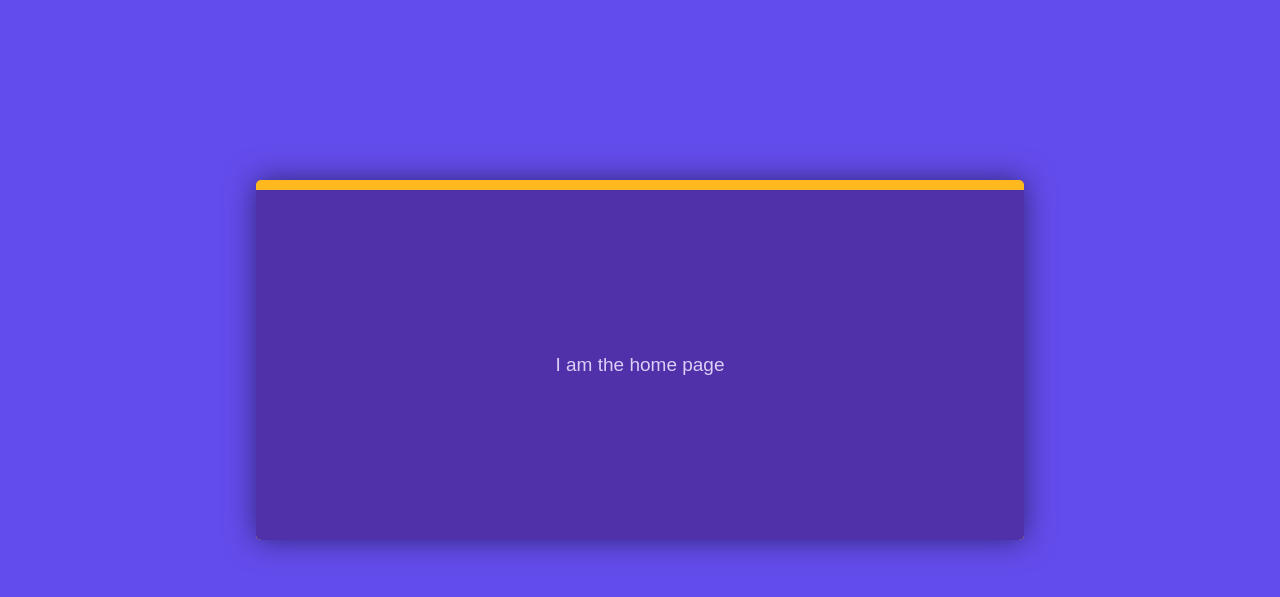
Repository: realistmccoy/browsertab
Page: /
These files come from the project's save history. The page is drawn as it stood at one moment and after a run of saves; the edit follows.
The browser window is 1280 px wide. The pictures show the whole page.
The project was rebuilt for these pictures with package versions that can differ from the ones it lists, and the page was loaded fresh each time. Also part of the build but not shown: src/components/Tab.js, src/pages/About.js, src/pages/Contact.js.

Above is the page before, as saved 2020-12-21 21:04:06.

### src/App.js
import React from 'react';
import { BrowserRouter as Router, Switch, Route, NavLink } from 'react-router-dom';
import Tab from './components/Tab';
import Home from './pages/Home'
import About from './pages/About'
import Contact from './pages/Contact'
import './App.css';

function App() {
	return (
		<Router>
			<div className='app'>
				<div className='browser'>
					<div className='tabs'>


					</div>
					<div className='viewport'>
            <Switch>

          <Route path='/about'>
          <About />
          </Route>
          <Route path='/contact'>
          <Contact />
          </Route>
          <Route path='/' exact={true}>
          <Home />
          </Route>
          </Switch>
          </div>
				</div>
			</div>


		</Router>
	);
}

export default App;

### src/pages/Home.js
import React from 'react';

function Home() {
	return <div>I am the home page</div>;
}

export default Home;

### src/App.css
* {
	box-sizing: border-box;
}

body {
	font-family: Arial, Helvetica, sans-serif;
	font-size: 19px;
	margin: 0;
	padding: 0;
}

.app {
	display: flex;
	align-items: center;
	justify-content: center;
	background: #634cec;
	min-height: 100vh;
}

.browser {
	display: flex;
	flex-direction: column;
	background: #ffb91f;
	border-radius: 5px;
	box-shadow: 0 0 30px rgba(0, 0, 0, 0.5);
	min-width: 60%;
	min-height: 50vh;
}

.tabs {
	flex-shrink: 1;
	padding-left: 10px;
	padding-right: 10px;
	display: flex;
	padding-top: 10px;

}

.tab {
	position: relative;
	background: #6e45df;
	min-width: 120px;
	font-size: 14px;
	border-top-left-radius: 8px;
	border-top-right-radius: 8px;
	transition: 0.3s ease all;
	overflow: hidden;
	cursor: pointer;
}

.tab a {
	display: block;
	padding: 12px 25px;
	color: #e1daf5;
	text-decoration: none;
}

.tab a.is-active {
	background: #5131a9;
	color: #eee;
}

.address-bar {
	background: #5533b3;
	padding: 8px;
}

.address-bar input {
	background: #3a2081;
	color: #eee;
	border-radius: 20px;
	border: none;
	outline: none;
	width: 100%;
	padding: 8px 20px;
	font-size: 18px;
}

.viewport {
	display: flex;
	align-items: center;
	justify-content: center;
	background: #5131a9;
	color: #dacff7;
	flex: 1;
	flex-grow: 1;
	border-bottom-left-radius: 5px;
	border-bottom-right-radius: 5px;
}

/**
 * Add your highlight code here
 */

.highlight {
	display: block;
	position: absolute;
	height: 80px;
	width: 50px;
	top: -10px;
	left: -330px;
	border-radius: 50%;
	transition: 0.3s, ease-in-out;
	opacity: 0.3;
	pointer-events: none;
	background: radial-gradient(rgb(134, 101, 225), rgba(194, 180, 233, 0));
}

Loaded but not shown: public/index.html (common file); src/index.js (common file)

After the next 2 saves:
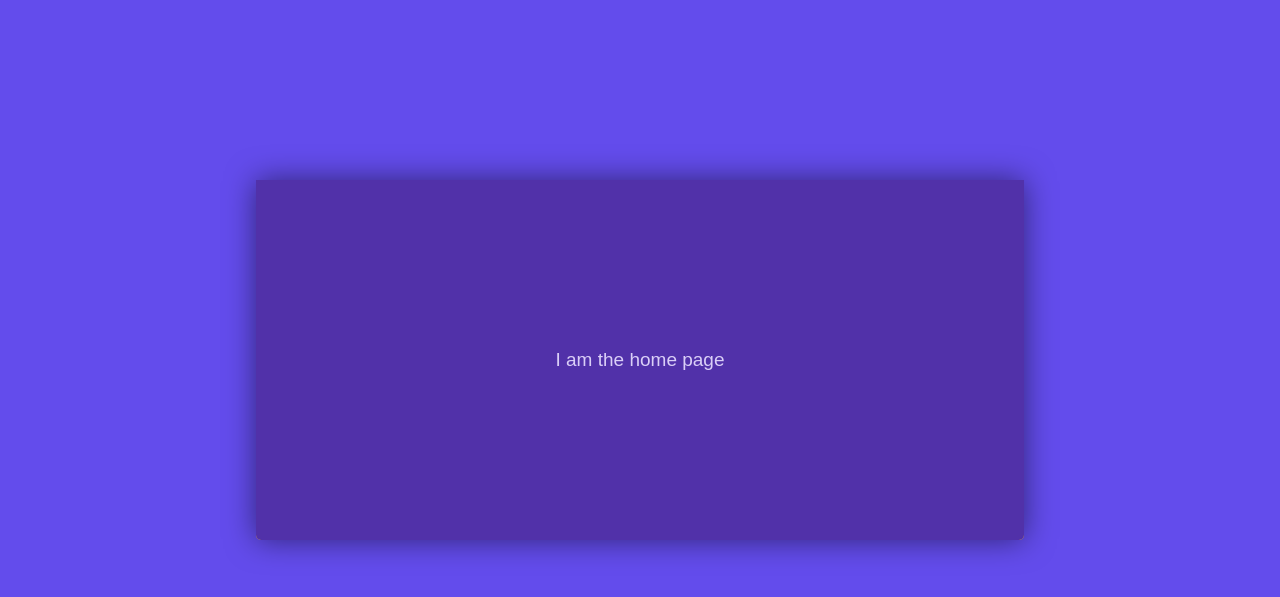
The 2 saves are shown as one change because they came seconds apart.
The last was saved 14 s later.
--- a/src/App.js
+++ b/src/App.js
@@ -11,10 +11,10 @@ function App() {
 		<Router>
 			<div className='app'>
 				<div className='browser'>
-					<div className='tabs'>
 
 
-					</div>
+
+
 					<div className='viewport'>
             <Switch>
 
